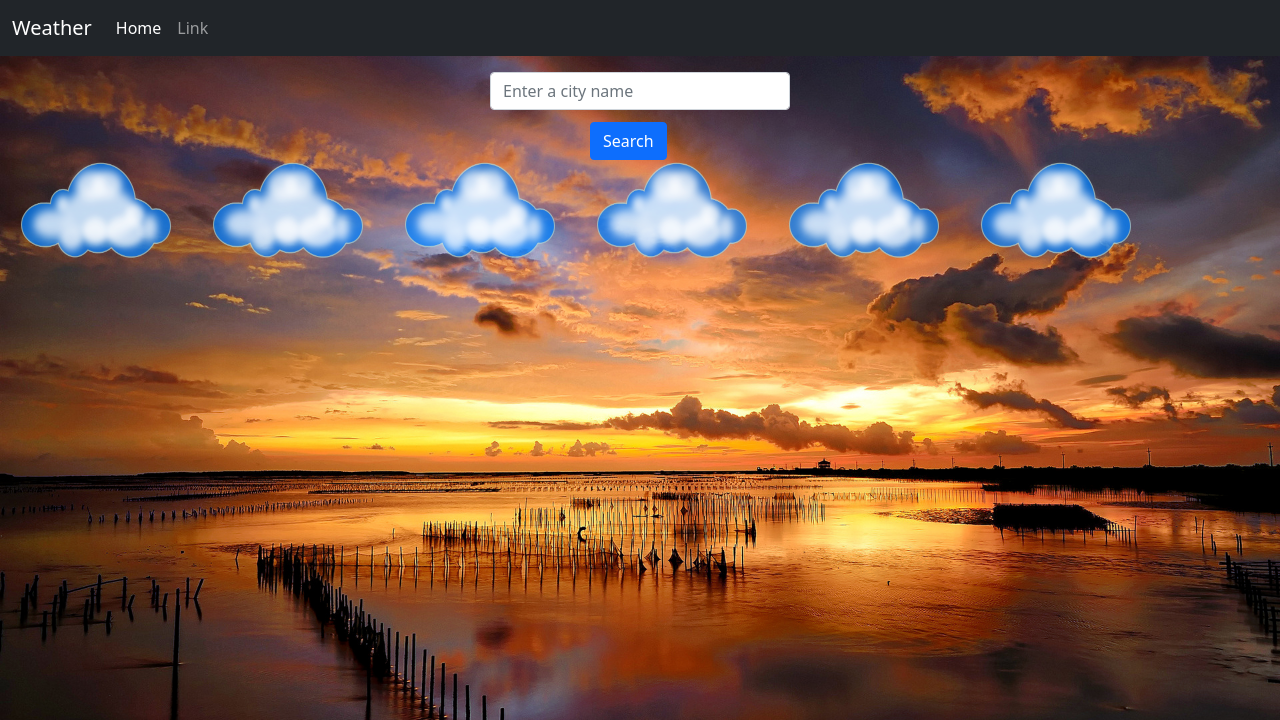
Repository: rohitbharti258/Project_Weather_finder
Page: index.html
These files come from the project's save history. The page is drawn as it stood at one moment and after a run of saves; the edit follows.
The browser window is 1280 px wide. The pictures show the whole page.

Above is the page before, as saved 2022-02-28 13:05:02.

After the next 2 saves:
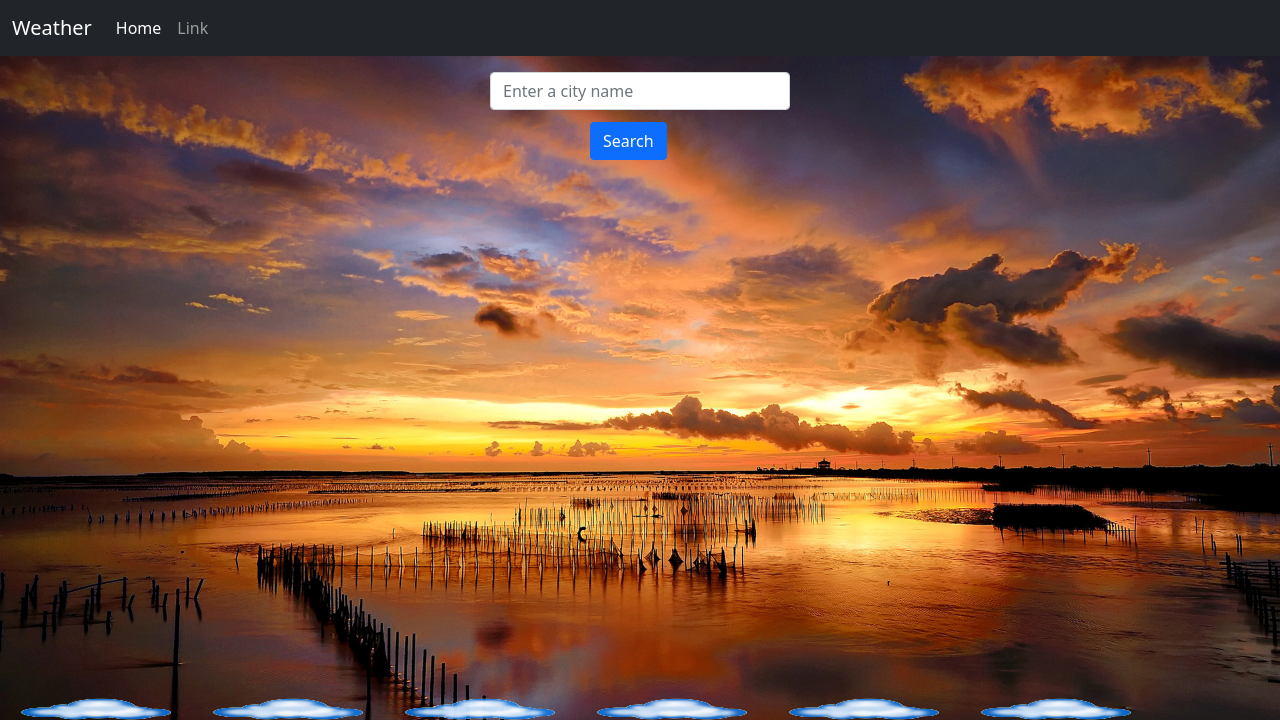
The 2 saves are shown as one change because they came seconds apart.
The last was saved 21 s later.
--- a/style.css
+++ b/style.css
@@ -20,7 +20,7 @@ body {
     bottom:0px;
     min-width:90%;
     transition: all 0.4s;
-    animation: cloud 7s linear infinite;
+
 }
 @keyframes cloud {
     0%{
@@ -32,7 +32,8 @@ body {
 }
 .cloud img{
     width:150px;
-    height:100px;
+    /* height:100px; */
+    animation: cloud 7s linear infinite;
 }
 .weatherBox {
     margin-left: 120px;
